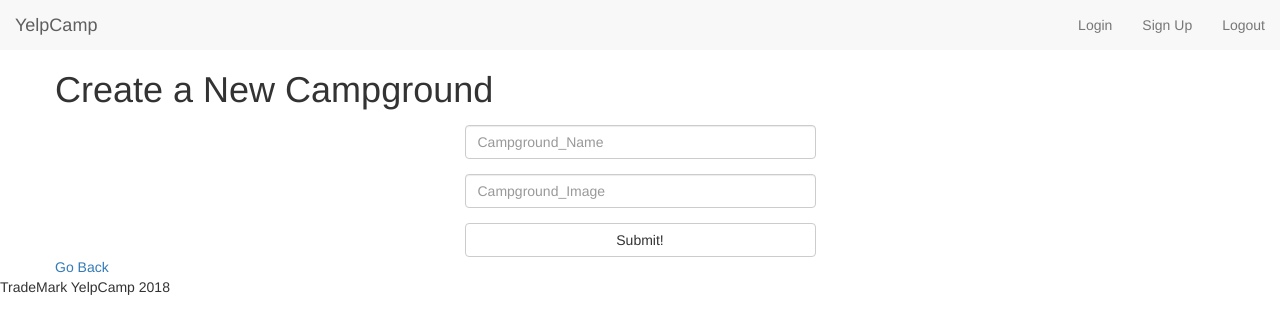
Repository: Kushagrakmr/c9backup
Page: http://localhost/campgrounds/new
The author's editor kept a record of every edit. The page is drawn from the files as they stood at one moment, then again after the next edit.
The browser window is 1280 px wide. The pictures show the whole page.
The page is served by the project's Node server (YelpCamp/v1/app.js).

Above is the page before.

After the next edit:
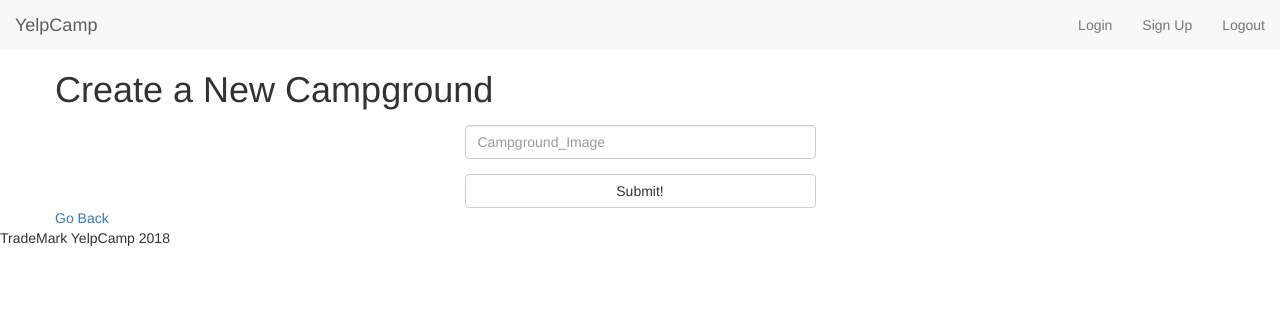
The edit:
--- a/YelpCamp/v1/views/new.ejs
+++ b/YelpCamp/v1/views/new.ejs
@@ -9,7 +9,6 @@
 
      </div>
      <div class="form-group">
-       <input class = "form-control" type = "text" name="name" placeholder = "Campground_Name">
      </div>
      <div class="form-group">
        <input class= "form-control" type = "text" name="image" placeholder = "Campground_Image">
